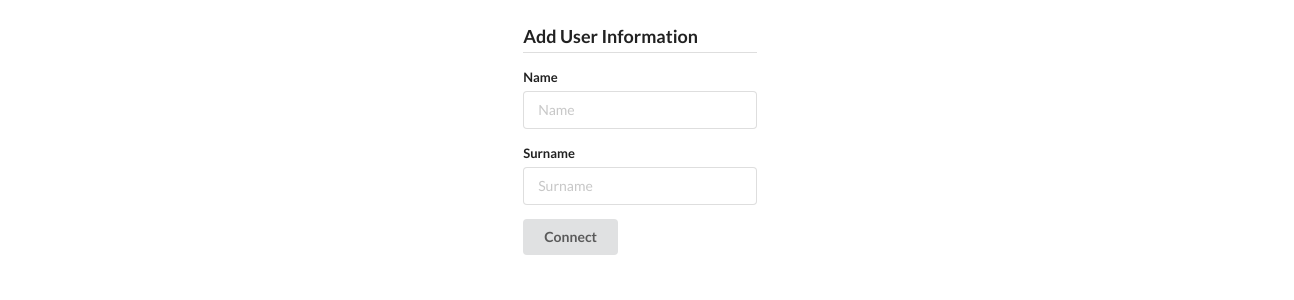
Repository: fabienpuissant/ASI_Atelier2
Page: card-market/src/main/resources/static/login.html
These files come from the project's save history. The page is drawn as it stood at one moment and after the next save; the edit follows.
The browser window is 1280 px wide. The page is 1294 px wide, so the pictures cover 1294 px, including what lies to the right of the window. The pictures show the whole page.

Above is the page before, as saved 2020-04-16 17:35:03.

### card-market/src/main/resources/static/login.html
<!DOCTYPE html>
<html>
<head>
<meta charset="ISO-8859-1">
<title>Register</title>

<link rel="stylesheet" type="text/css" href="Semantic-UI/semantic.css">
</head>
<body>

<div class="ui negative message" id = "errorbanner">
		<div class="header" id = "error" style = "text-align:center;">

		</div>
</div>

<div class="ui five column grid">
     <div class="row"></div>
     <div class="column"></div>
     <div class="column"></div>
     <div class="column">
         <form class="ui form" action="" method="POST" id = "form">
             <h3 class="ui dividing header">Add User Information</h3>
             <div class="field">
                 <label>Name</label>
                 <input type="text" name="Name" placeholder="Name" id = "Name" required>
             </div>
             <div class="field">
                 <label>Surname</label>
                 <input type="text" name="Surname" placeholder="Surname" id = "Surname" required>
             </div>
               <button class="ui button" >Connect</button>
         </form>
     </div>
 </div>

  <script src="js/jquery-3.3.1.min.js"></script>
  <script src="Semantic-UI/semantic.js"></script>
  <script src="js/addUser.js"></script>
</body>
</html>

### card-market/src/main/resources/static/js/addUser.js


$(document).ready(function(){

$("#errorbanner").hide();
$("#successbanner").hide();

$("#form").submit(function(event){

	$("#errorbanner").hide();
	$("#successbanner").hide();

	event.preventDefault();
	var error = "";

	var Name = $("#Name").val();
	var Surname = $("#Surname").val();
	var Password = $("#Password").val();
	var RepeatPassword = $("#RepeatPassword").val()

	//Si jamais le formulaire n'est pas compètement rempli
	if(Name == "" || Surname == "" || Password == "" || RepeatPassword == ""){
		error = "Please fully complete the form";
		$("#error").text(error);
		$("#errorbanner").show();
	}
	else if (Password != RepeatPassword){
		error = "Passwords don't match";
		$("#error").text(error);
		$("#errorbanner").show();
	}
	else {
		//Si le formulaire est complètement rempli, on peut faire un appel ajax vers le serveur afin qu'il ajoute l'utilisateur

		var json = {"name": Name, "surname": Surname, "password": Password};
		$.ajax({
		  url:"/UserService/addUser",
		  type:"POST",
		  data:JSON.stringify(json),
		  contentType:"application/json; charset=utf-8",
		  dataType:"json",
		  success: function( data ){
			  if(data) {
				  $("#successbanner").show();
				  $('#form')[0].reset();
			  }
			  else {
				  $("#error").text("Name already taken");
				  $("#errorbanner").css("margin", "0");
				  $("#errorbanner").show();

			  }
		  }
		})

	}
});


});

Loaded but not shown: card-market/src/main/resources/static/Semantic-UI/semantic.css (library); card-market/src/main/resources/static/js/jquery-3.3.1.min.js (library); card-market/src/main/resources/static/Semantic-UI/semantic.js (library)

After the next save:
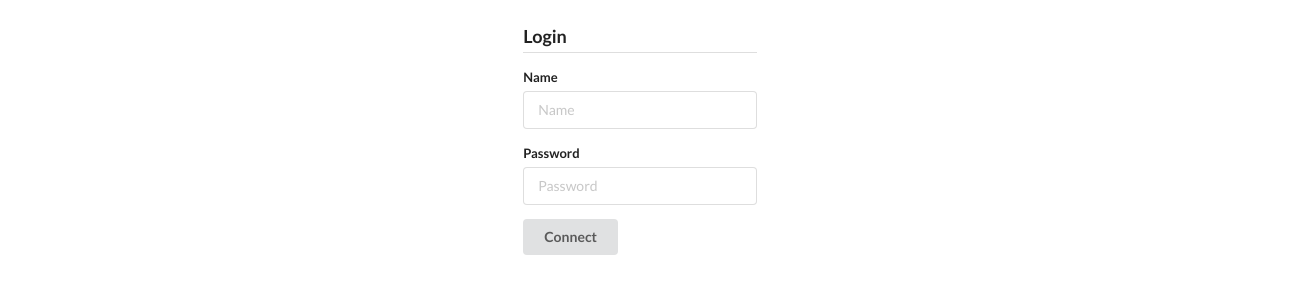
Saved 59 s later.
--- a/card-market/src/main/resources/static/login.html
+++ b/card-market/src/main/resources/static/login.html
@@ -2,7 +2,7 @@
 <html>
 <head>
 <meta charset="ISO-8859-1">
-<title>Register</title>
+<title>Login</title>
 
 <link rel="stylesheet" type="text/css" href="Semantic-UI/semantic.css">
 </head>
@@ -20,14 +20,14 @@
      <div class="column"></div>
      <div class="column">
          <form class="ui form" action="" method="POST" id = "form">
-             <h3 class="ui dividing header">Add User Information</h3>
+             <h3 class="ui dividing header">Login</h3>
              <div class="field">
                  <label>Name</label>
                  <input type="text" name="Name" placeholder="Name" id = "Name" required>
              </div>
              <div class="field">
-                 <label>Surname</label>
-                 <input type="text" name="Surname" placeholder="Surname" id = "Surname" required>
+                 <label>Password</label>
+                 <input type="password" name="Password" placeholder="Password" id = "Surname" required>
              </div>
                <button class="ui button" >Connect</button>
          </form>
